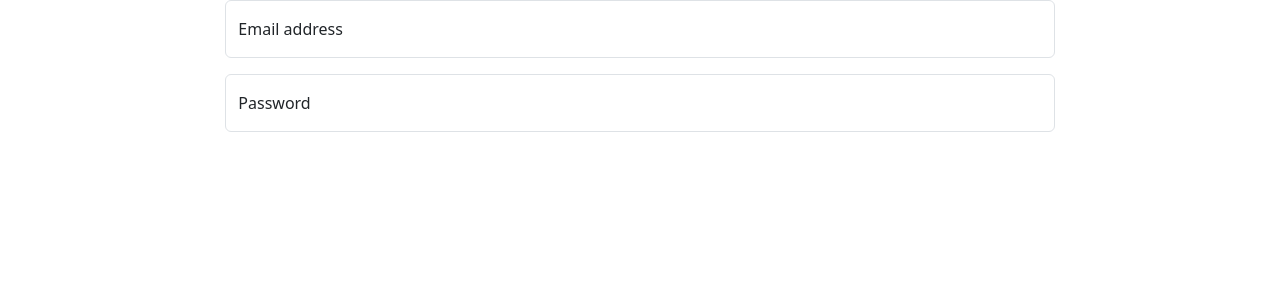
Repository: jaevoy2/lara_demo
Page: http://localhost/
These files come from the project's save history. The page is drawn as it stood at one moment and after the next save; the edit follows.
The browser window is 1280 px wide. The pictures show the whole page.
The page is served by the project's Laravel application, run on PHP 8.4 with Laravel 12.

Above is the page before, as saved 2026-07-06 22:45:35.

After the next save:
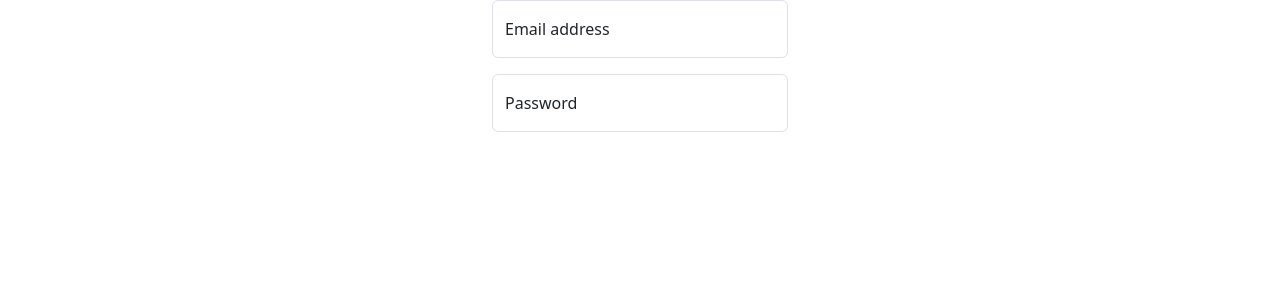
Saved 8 s later.
--- a/resources/views/login.blade.php
+++ b/resources/views/login.blade.php
@@ -2,7 +2,7 @@
 
 @section('content')
 
-    <div class="container d-flex flex-column justify-content-center col-8">
+    <div class="container d-flex flex-column justify-content-center col-3">
         <div class="form-floating mb-3">
             <input type="email" class="form-control" id="floatingInput" placeholder="name@example.com">
                 <label for="floatingInput">Email address</label>
